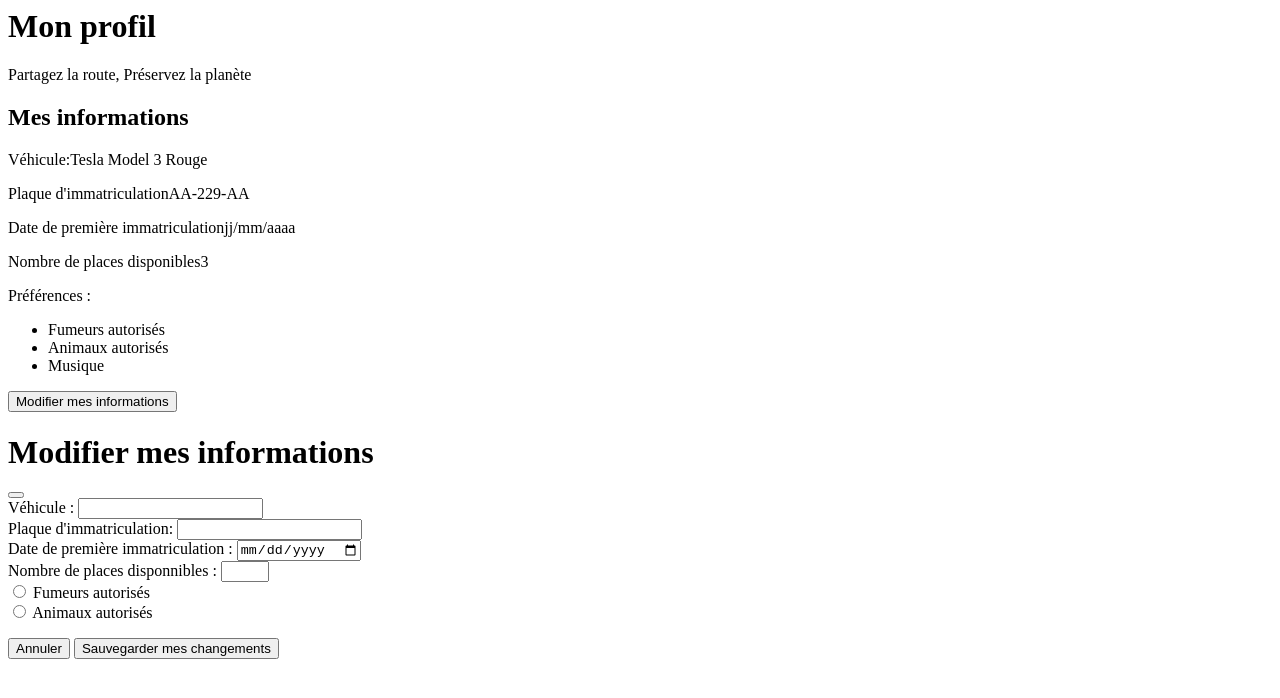
Repository: lemonhao9/ECF
Page: pages/auth/profile.html
These files come from the project's save history. The page is drawn as it stood at one moment and after the next save; the edit follows.
The browser window is 1280 px wide. The pictures show the whole page.

Above is the page before, as saved 2025-02-14 15:21:47.

### pages/auth/profile.html
<div class="hero-scene text-center text-secondary">
    <div class="hero-scene-content">
        <h1>Mon profil</h1>
        <p>Partagez la route, Préservez la planète</p>
    </div>
</div>

<div class="container p-4 mt-4 mb-4">
    <div class="card text-center bg-dark text-light">
        <div>
            <h2 class="text-secondary pt-3">Mes informations</h2>
        </div>
        <div>
            <div>
                <p>Véhicule:<span id="vehicule">Tesla Model 3 Rouge</span></p>
                <p>Plaque d'immatriculation<span id="plaque">AA-229-AA</span></p>
                <p>Date de première immatriculation<span id="dateImmat">jj/mm/aaaa</span></p>
                <p>Nombre de places disponibles<span id="placeDisp">3</span></p>
            <p>Préférences :</p>
            <ul class="text-center">
                <li id="fumeurs">Fumeurs autorisés</li>
                <li id="animaux">Animaux autorisés</li>
                <li id="autrePref">Musique</li>
            </ul>
            </div>
            <!--Bouton qui enclenche une modal pour modifier les informations de l'utilisateur-->
            <div class="pb-3">
                <button class="btn btn-secondary" data-bs-toggle="modal" data-bs-target="#editmodal">Modifier mes informations</button>
            </div>
        </div>
    </div>
</div>

<!--La modal-->
<div class="modal fade" id="editmodal" data-bs-backdrop="static" data-bs-keyboard="false" tabindex="-1" aria-labelledby="staticBackdropLabel" aria-hidden="true">
    <div class="modal-dialog">
      <div class="modal-content">
        <div class="modal-header">
          <h1 class="modal-title fs-5" id="staticBackdropLabel">Modifier mes informations</h1>
          <button type="button" class="btn-close" data-bs-dismiss="modal" aria-label="Close"></button>
        </div>
        <div class="modal-body">
          <form>
            <div class="mb-3">
                <label for="vehiculeInput" class="form-label">Véhicule :</label>
                <input type="text" class="form-control" id="vehiculeInput">
            </div>
            <div class="mb-3">
                <label for="plaqueInput" class="form-label">Plaque d'immatriculation:</label>
                <input type="text" class="form-control" id="plaqueInput">
            </div>
            <div class="mb-3">
                <label for="dateImmatInput" class="form-label">Date de première immatriculation :</label>
                <input type="date" class="form-control" id="dateImmatInput">
            </div>
            <div class="mb-3">
                <label for="placesDispInput" class="form-label">Nombre de places disponnibles :</label>
                <input type="number" class="form-control" id="placesDispInput" min="1" max="5">
            </div>
            <div class="mb-3">
                <input type="radio" class="form-check-input" id="fumeursInput">
                <label for="fumeursInput" class="form-check-label">Fumeurs autorisés</label>
            </div>
            <div class="mb-3">
                <input type="radio" class="form-check-input" id="animauxInput">
                <label for="animauxInput" class="form-check-label">Animaux autorisés</label>
            </div>
          </form>
        </div>
        <div class="modal-footer">
          <button type="button" class="btn btn-secondary" data-bs-dismiss="modal">Annuler</button>
          <button type="button" class="btn btn-primary" id="saveInfo">Sauvegarder mes changements</button>
        </div>
      </div>
    </div>
  </div>

After the next save:
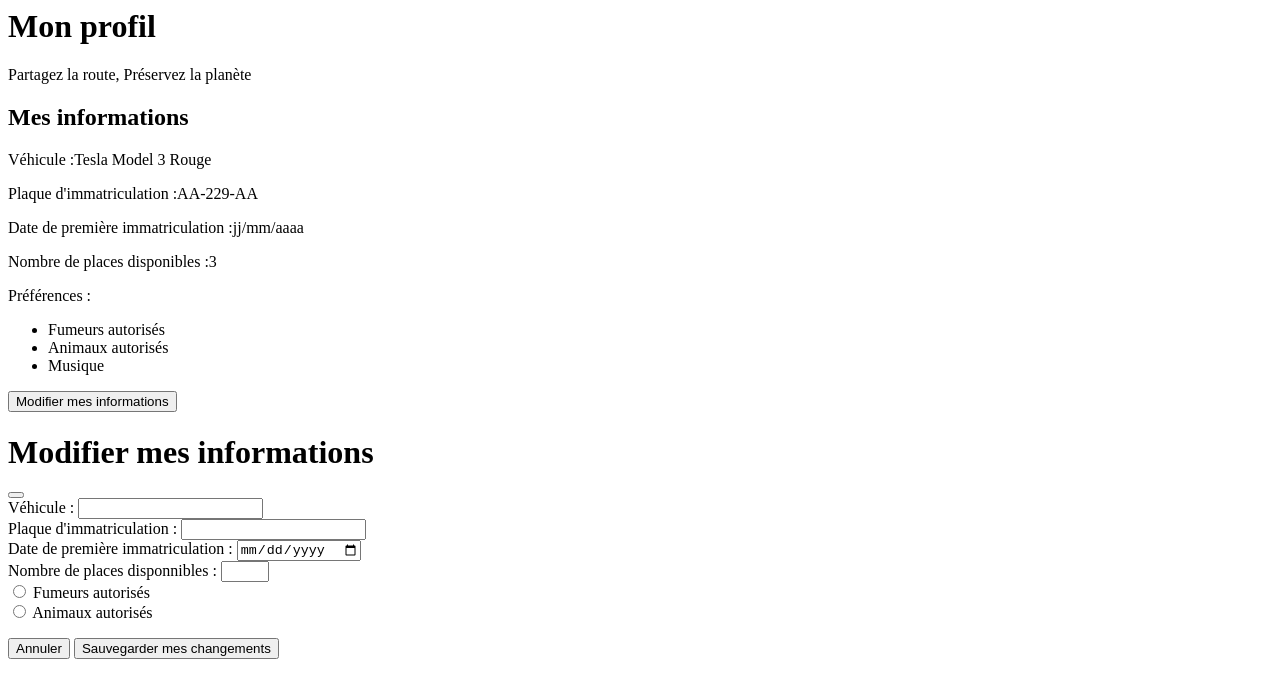
Saved 50 s later.
--- a/pages/auth/profile.html
+++ b/pages/auth/profile.html
@@ -12,10 +12,10 @@
         </div>
         <div>
             <div>
-                <p>Véhicule:<span id="vehicule">Tesla Model 3 Rouge</span></p>
-                <p>Plaque d'immatriculation<span id="plaque">AA-229-AA</span></p>
-                <p>Date de première immatriculation<span id="dateImmat">jj/mm/aaaa</span></p>
-                <p>Nombre de places disponibles<span id="placeDisp">3</span></p>
+                <p>Véhicule :<span id="vehicule">Tesla Model 3 Rouge</span></p>
+                <p>Plaque d'immatriculation :<span id="plaque">AA-229-AA</span></p>
+                <p>Date de première immatriculation :<span id="dateImmat">jj/mm/aaaa</span></p>
+                <p>Nombre de places disponibles :<span id="placeDisp">3</span></p>
             <p>Préférences :</p>
             <ul class="text-center">
                 <li id="fumeurs">Fumeurs autorisés</li>
@@ -46,7 +46,7 @@
                 <input type="text" class="form-control" id="vehiculeInput">
             </div>
             <div class="mb-3">
-                <label for="plaqueInput" class="form-label">Plaque d'immatriculation:</label>
+                <label for="plaqueInput" class="form-label">Plaque d'immatriculation :</label>
                 <input type="text" class="form-control" id="plaqueInput">
             </div>
             <div class="mb-3">
